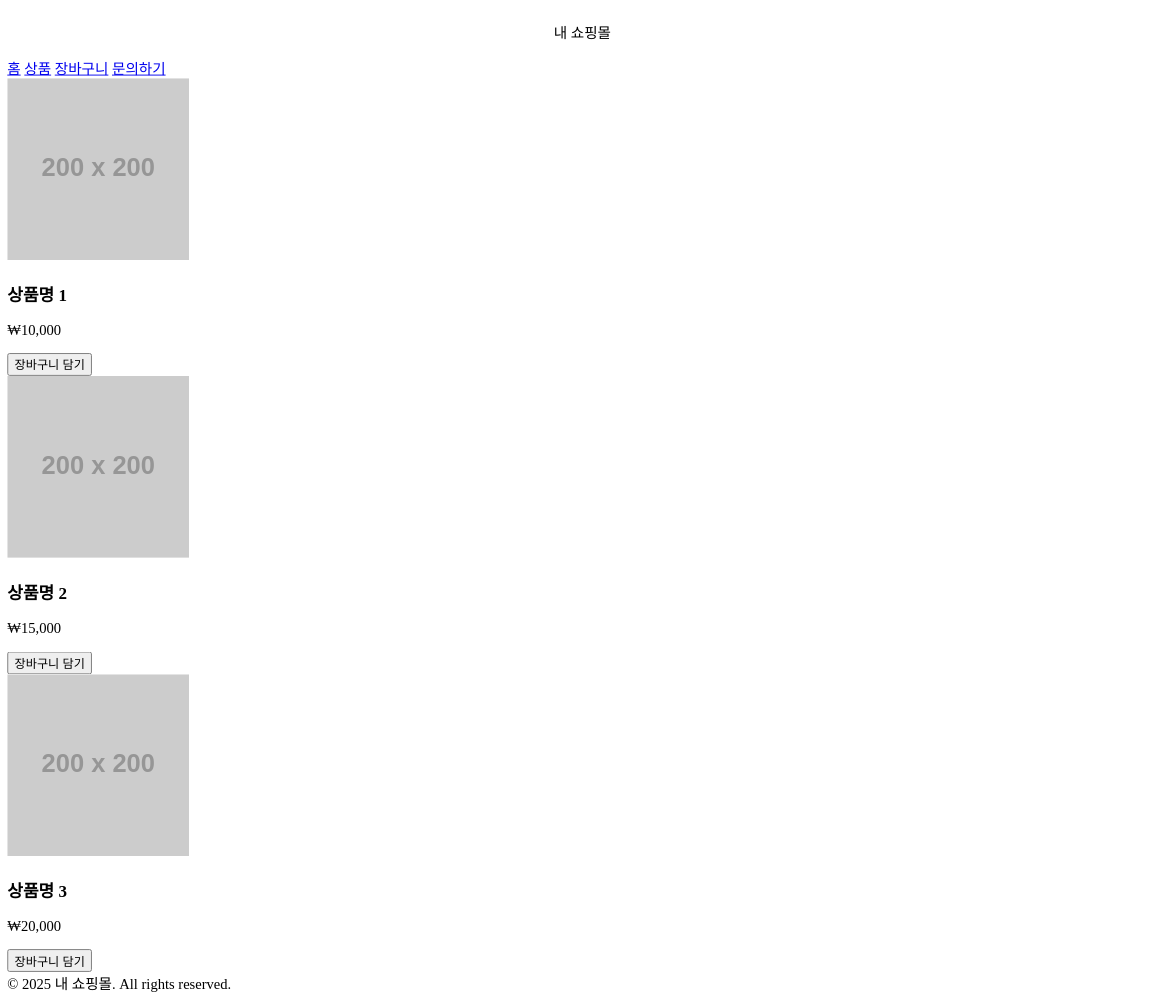
Repository: SeungYeon04/A_AssetsJSP
Page: http://localhost/JSP_Start01/
These files come from the project's save history. The page is drawn as it stood at one moment and after the next save; the edit follows.
The browser window is 1280 px wide. The pictures show the whole page, at 91% of full size.
Some web fonts or font styles are not loaded; a fallback is used. The page is served by Tomcat 9.

Above is the page before, as saved 2025-03-11 05:20:58.

After the next save:
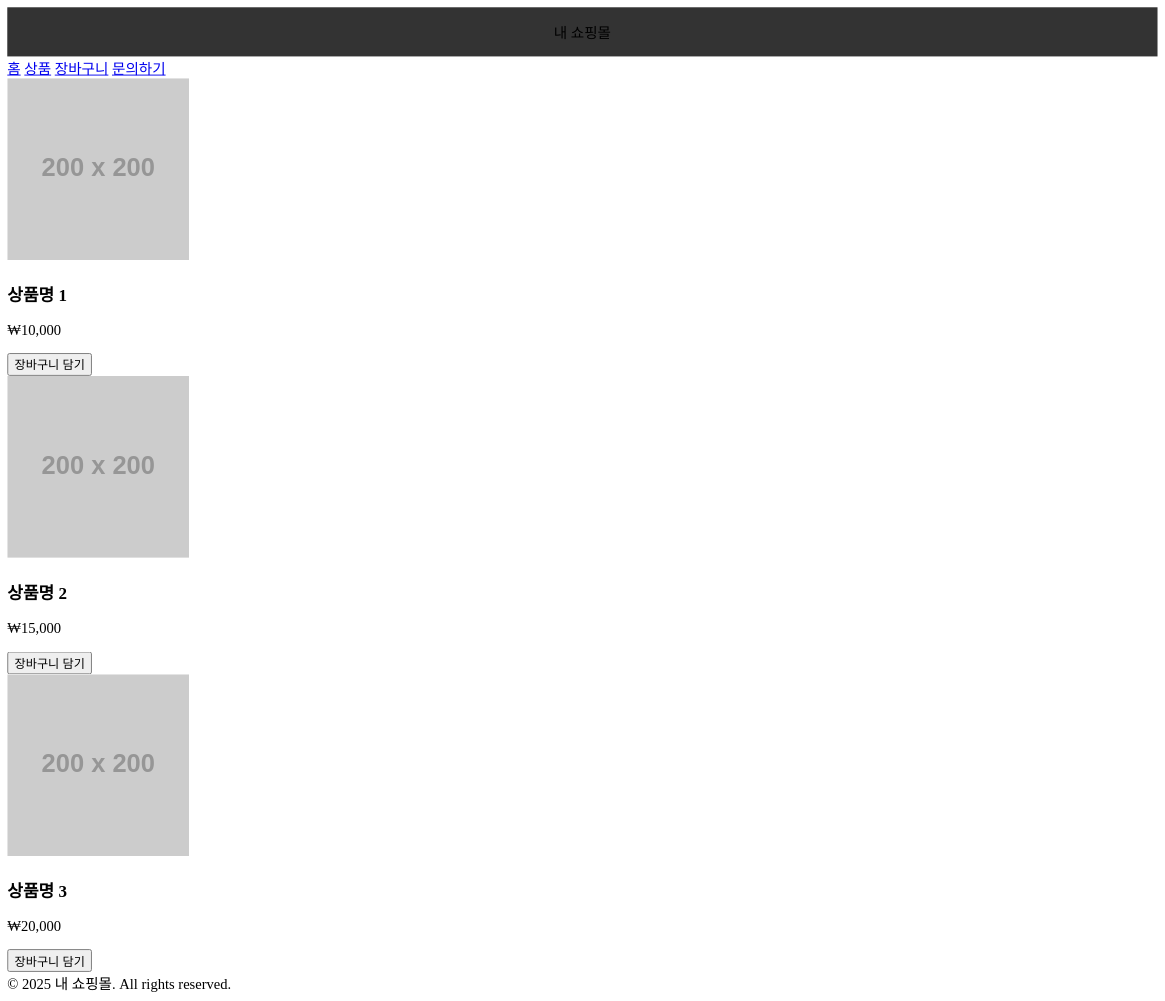
Saved 29 s later.
--- a/JSP_Start01/src/main/webapp/index.jsp
+++ b/JSP_Start01/src/main/webapp/index.jsp
@@ -49,6 +49,7 @@
     	header {
     		text-align: center;
     		padding: 15px 0;
+    		background: #333;
     	}
 
 	    @font-face {

After the save that followed:
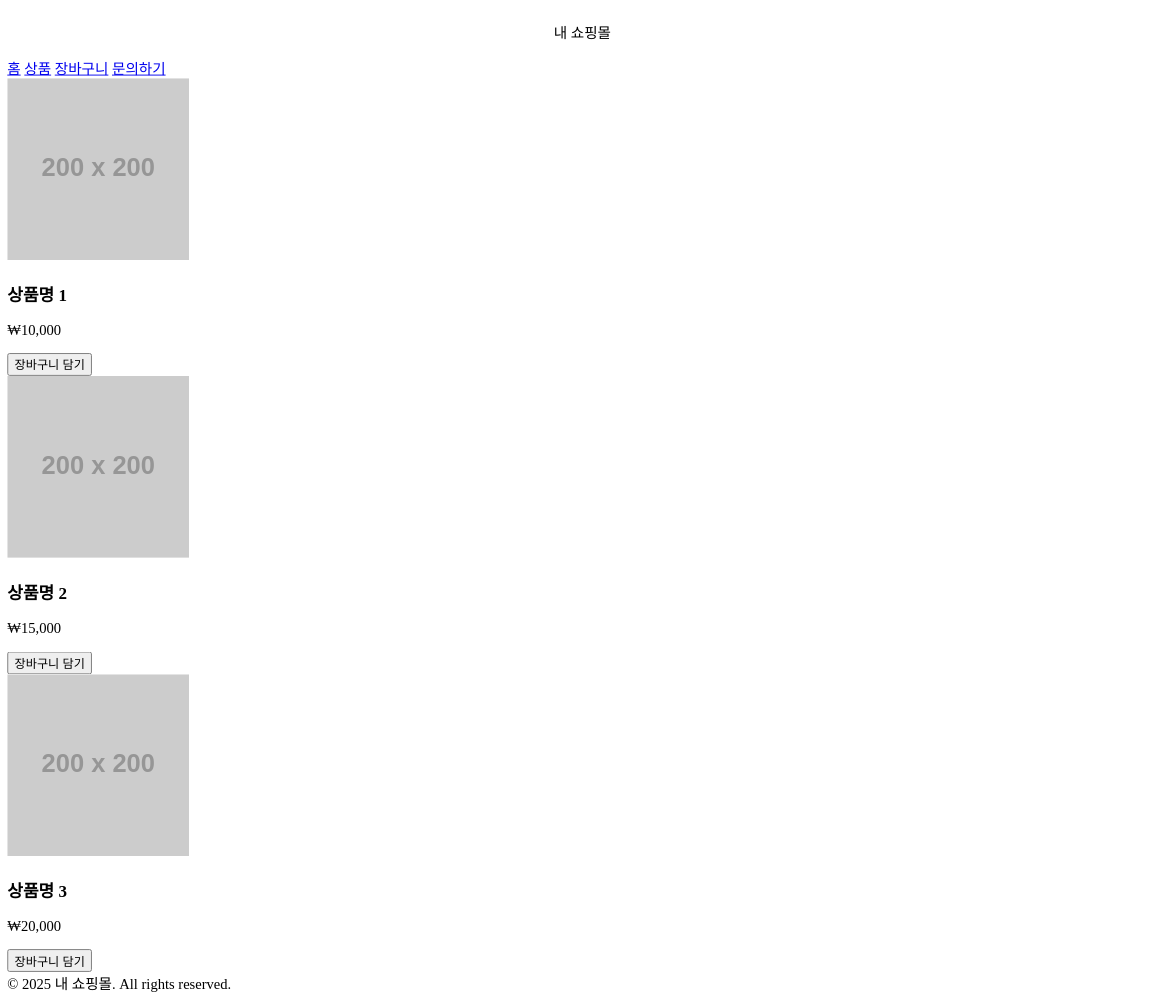
Saved 10 s later.
--- a/JSP_Start01/src/main/webapp/index.jsp
+++ b/JSP_Start01/src/main/webapp/index.jsp
@@ -49,7 +49,6 @@
     	header {
     		text-align: center;
     		padding: 15px 0;
-    		background: #333;
     	}
 
 	    @font-face {
